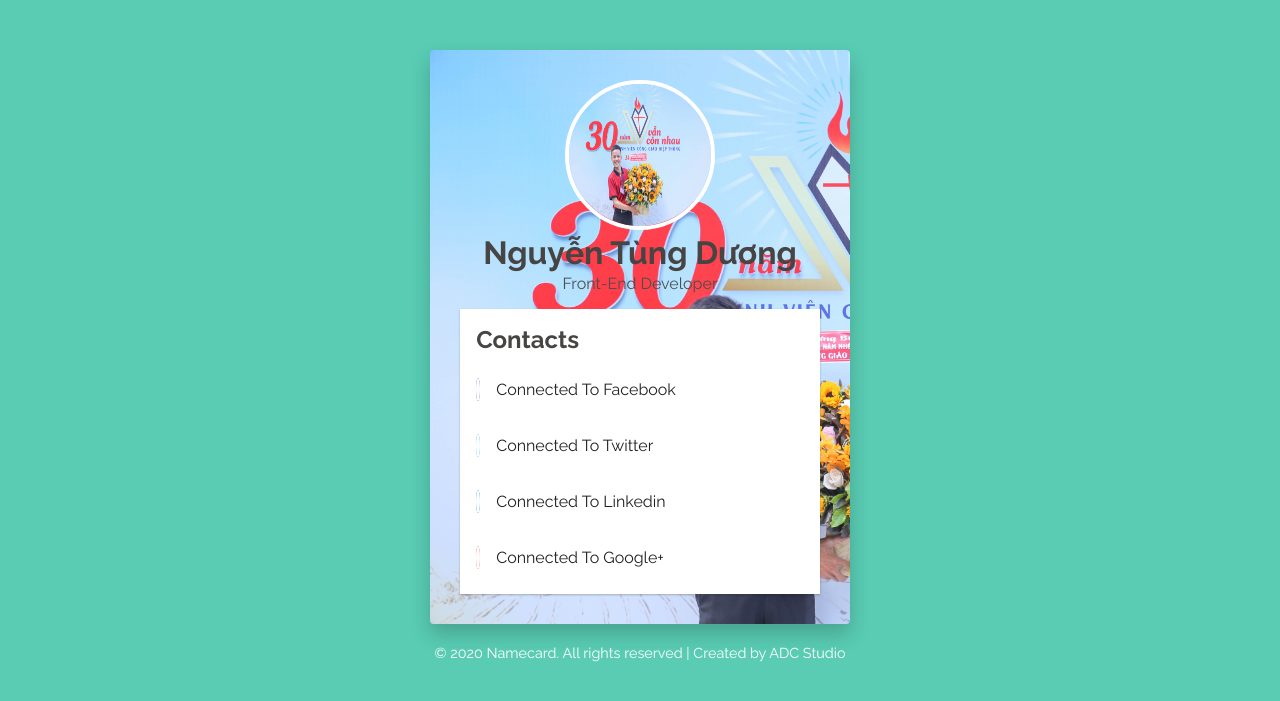
Repository: DuongTungNguyen0899/Card_Duong.github.io
Page: index.html
The author's editor kept a copy of each file at every save. The page is drawn from the files as they stood at one save, then again after the next save.
The browser window is 1280 px wide. The pictures show the whole page.
Some icons come from a web library that is not loaded, so they are not drawn.

Above is the page before, as saved 2021-06-27 17:01:14.

### index.html
<!DOCTYPE HTML>
<html>
<head>
<title>Shaded Profile Widget Flat Responsive Widget Template :: w3layouts</title>
<!-- Custom Theme files -->
<link href="css/style.css" rel="stylesheet" type="text/css" media="all"/>
<!-- for-mobile-apps -->
<meta http-equiv="Content-Type" content="text/html; charset=utf-8" />
<meta name="viewport" content="width=device-width, initial-scale=1, maximum-scale=1">
<meta http-equiv="Content-Type" content="text/html; charset=utf-8" />
<!-- //for-mobile-apps -->
<!-- font-awesome icons -->
<link href="css/font-awesome.css" rel="stylesheet">
<!-- //font-awesome icons -->
<!--Google Fonts-->
<link href="https://fonts.googleapis.com/css2?family=Raleway:wght@400;500;600;700&display=swap" rel="stylesheet">
</head>
<body>
<!--profile start here-->

<div class="profile">
	<div class="wrap">
		<div class="profile-main">
			<div class="profile-pic wthree">
				<img src="img/IMG_7157.JPG" alt="">
				<h2>Nguyễn Tùng Dương</h2>
				<p>Front-End Developer</p>
			</div>
			<!-- <div class="w3-message">
				<h5>About Me</h5>
				<p>Chào bạn ! Chúng mình là ADC Studio.Liên hệ cho chúng mình nhé ^_^</p>
			</div> -->
			<div class="w3ls-touch">
				<h5>Contacts</h5>
				<div class="social">
					<ul>
						<li><a href="https://www.facebook.com/DuongTung.td/"><i class="fa fa-facebook" aria-hidden="true"></i> <p>Connected To Facebook</p></a></li>
						<li><a href="#"><i class="fa fa-twitter" aria-hidden="true"></i> <p>Connected To Twitter</p></a></li>
						<li><a href="#"><i class="fa fa-linkedin" aria-hidden="true"></i> <p>Connected To Linkedin</p></a></li>
						<li><a href="#"><i class="fa fa-google-plus" aria-hidden="true"></i> <p>Connected To Google+</p></a></li>
					</ul>
				</div>
			</div>
		</div>
		<div class="wthree_footer_copy">
			<p>© 2020 Namecard. All rights reserved | Created by <a href="https://adcstudio.info">ADC Studio</a></p>
		</div>
	</div>
</div>
<!--profile end here-->

</body>
</html>

### css/style.css
*,
*::before,
*::after {
	margin: 0;
	padding: 0;
	box-sizing: border-box;
}

html {

}


ul{list-style:none;}
a {text-decoration: none;}
img {
	width:150px;
	height:150px;
}
/*end reset*/
body{
	padding: 30px;
    background: #59CCB3;
    background-size: cover;
   font-family: 'Raleway', sans-serif;
}
.wrap {
    width: 80%;
    margin: 0 auto;
}
/*--profile start here--*/
.heading-1 {
	font-size: 35px;
	font-weight: 400;
	letter-spacing: 1.2;
}
h1 {
    font-size: 3em;
    color: #fff;
    text-align: center;
}
.profile-main {
    background: url(./img/IMG_7157.JPG) no-repeat 0px 0px;
	background-size:cover;
    width: 45%;
    margin: 20px auto;
    padding: 30px;
    border-radius: 4px;
    box-shadow: 0 10px 20px rgba(0,0,0,.2);
}
.profile-pic {
    margin: 0 0 1em 0;
    text-align: center;
}
.profile-pic img {
    border:4px solid #fff;
    border-radius: 82px;
	    transition: 0.5s all;
    -webkit-transition: 0.5s all;
    -moz-transition: 0.5s all;
    -o-transition: 0.5s all;
}
.profile-pic h2 {
    font-size: 2em;
    color: #474544;
    margin-bottom: 0.1em;
}
.profile-pic p {
    font-size: 1em;
    color:#4E4E4E;
}
.wthree_tab_grid_sub {
    margin: 1em 0 0 0;
}
.wthree_tab_grid_sub_left {
	float: left;
    width: 26.2%;
    padding: .5em;
    text-align: center;
    background: #d3aefe;
}
.wthree_tab_grid_sub_left h5 {
    font-size: 1.5em !important;
    color: #fff !important;
    font-weight: 700;
}
.wthree_tab_grid_sub_left p {
	color: #fff !important;
    font-size: .9em !important;
    margin: 0 !important;
}
.wthree_tab_grid_sub_left:nth-child(2) {
    margin: 0 1em;
}
.w3-message,.w3ls-touch{
    padding: 1em;
    box-shadow: 0 0px 1px rgba(197, 197, 197, 0.19),0 1px 2px rgba(0, 0, 0, 0.24);
    background: #fff;
}
.w3-message h5,.w3ls-touch h5{
	color:#474544;
	font-size:1.5em;
	margin:0;
}
.w3-message p{
	color:#c5b7b7;
	font-size:16px;
	margin:1em 0 0 0;
	line-height:1.8em;
}
.w3ls-touch{
	margin:1em 0 0 0;
}
.social {
	margin: 1em 0 0 0;
}
.social ul{
	padding:0;
	margin:0;
}
.social ul li{
    display: block;
	margin:1em 0 0 0;
}
.social ul li:nth-child(1){
	margin:0;
}
.social ul li a {
	color: #333;
    text-align: center;
}
.social ul li a i.fa.fa-facebook,.social ul li a i.fa.fa-twitter,.social ul li a i.fa.fa-linkedin,.social ul li a i.fa.fa-google-plus{
    height: 40px;
    width: 40px;
    background: none;
    line-height: 40px;
    border: solid 2px #FFF;
    color: #FFF;
    border-radius: 50%;
    -webkit-border-radius: 50%;
    -moz-border-radius: 50%;
    -o-border-radius: 50%;
    -ms-border-radius: 50%;
    transition: 0.5s all;
    -webkit-transition: 0.5s all;
    -moz-transition: 0.5s all;
    -o-transition: 0.5s all;
    -ms-transition: 0.5s all;
}
.social ul li a i.fa.fa-facebook {
	background: #3b5998;
}
.social ul li a i.fa.fa-twitter{
	background: #1da1f2;
}
.social ul li a i.fa.fa-linkedin{
	background: #0077b5;
}
.social ul li a i.fa.fa-google-plus{
	background: #dd4b39;
}
.social ul li a i.fa.fa-facebook:hover {
	border: solid 2px #3b5998;
    color: #3b5998;
	background:none;
}
.social ul li a i.fa.fa-twitter:hover{
	border: solid 2px #1da1f2;
    color: #1da1f2;
	background:none;
}
.social ul li a i.fa.fa-linkedin:hover{
	border: solid 2px #0077b5;
    color: #0077b5;
	background:none;
}
.social ul li a i.fa.fa-google-plus:hover{
	border: solid 2px #dd4b39;
    color: #dd4b39;
	background:none;
}
.social ul li a p{
    color: #212121;
    font-size: 16px;
    margin: 0 0 0 1em;
    font-weight: 400;
    display: inline-block;
}
.wthree_footer_copy{
	text-align:center;
}
.wthree_footer_copy p{
	color:#FFFFFF;
	font-size:.9em;
	margin:0;
}
.wthree_footer_copy p a{
	color:#FFFFFF;
	text-decoration:none;
}
.wthree_footer_copy p a:hover{
	color:#212121;
}
/*-- responsive --*/
@media(max-width:1440px){
	.wthree_tab_grid_sub_left {
		width: 25.2%;
	}
}
@media(max-width:1280px){
	.profile-main {
		width: 43%;
	}
}
@media(max-width:1080px){
	body {
		padding: 10px;
	}
	.wrap {
		width: 100%;
	}
	.profile-main {
		width: 100%;
	}
}

@media(max-width:600px){
	.profile-main {
		background: url(./img/IMG_7157.JPG) no-repeat -100px 0px;
		background-size: cover;
	}
	.social ul li a p {
		font-size: 13px;
	}
}


@media(max-width:320px){
	h1 {
		font-size: 1.5em;
	}
	.wthree_tab_grid_sub_left {
		width: 21.5%;
	}
	.wthree_tab_grid_sub_left p {
		font-size: .8em !important;
	}
	.profile-main {
		background: url(./img/IMG_7157.JPG) no-repeat -173px 0px;
		background-size: cover;
	}
}
/*-- //responsive --*/

After the next save:
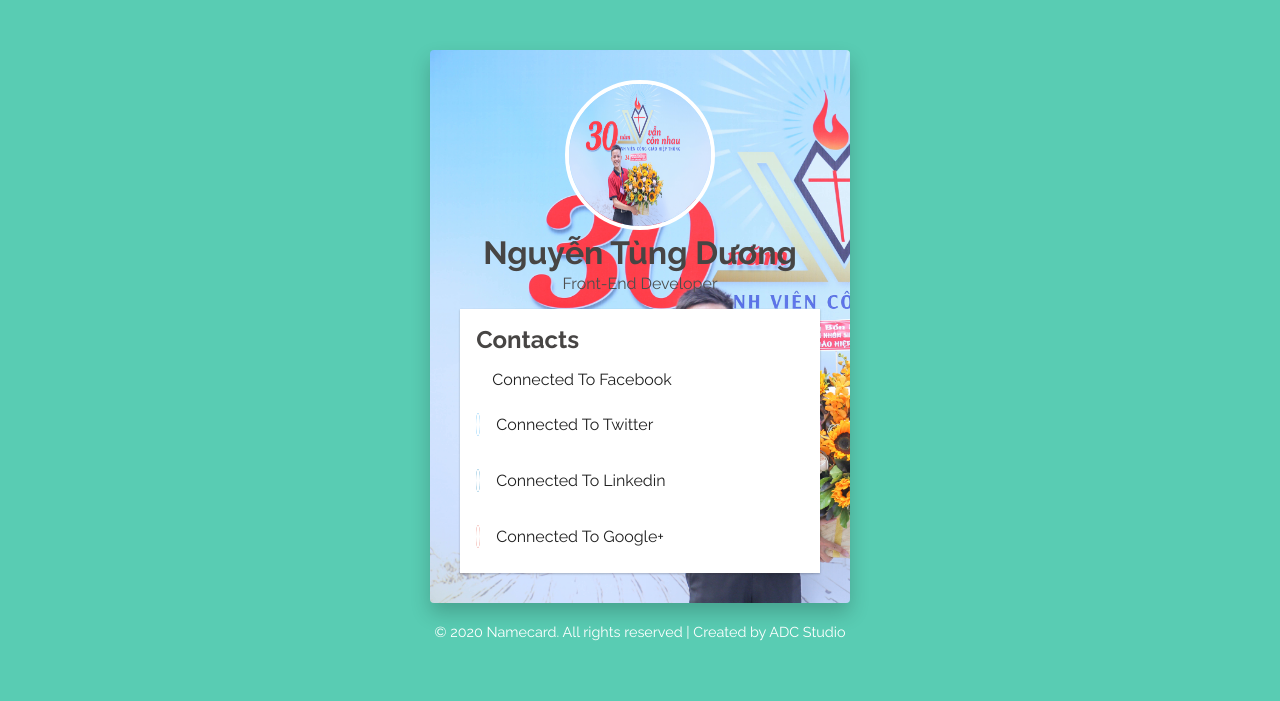
Saved 55 s later.
--- a/index.html
+++ b/index.html
@@ -34,7 +34,7 @@
 				<h5>Contacts</h5>
 				<div class="social">
 					<ul>
-						<li><a href="https://www.facebook.com/DuongTung.td/"><i class="fa fa-facebook" aria-hidden="true"></i> <p>Connected To Facebook</p></a></li>
+						<li><a href="https://www.facebook.com/DuongTung.td/"><i class="fa fa-facebook-f" aria-hidden="true"></i> <p>Connected To Facebook</p></a></li>
 						<li><a href="#"><i class="fa fa-twitter" aria-hidden="true"></i> <p>Connected To Twitter</p></a></li>
 						<li><a href="#"><i class="fa fa-linkedin" aria-hidden="true"></i> <p>Connected To Linkedin</p></a></li>
 						<li><a href="#"><i class="fa fa-google-plus" aria-hidden="true"></i> <p>Connected To Google+</p></a></li>
